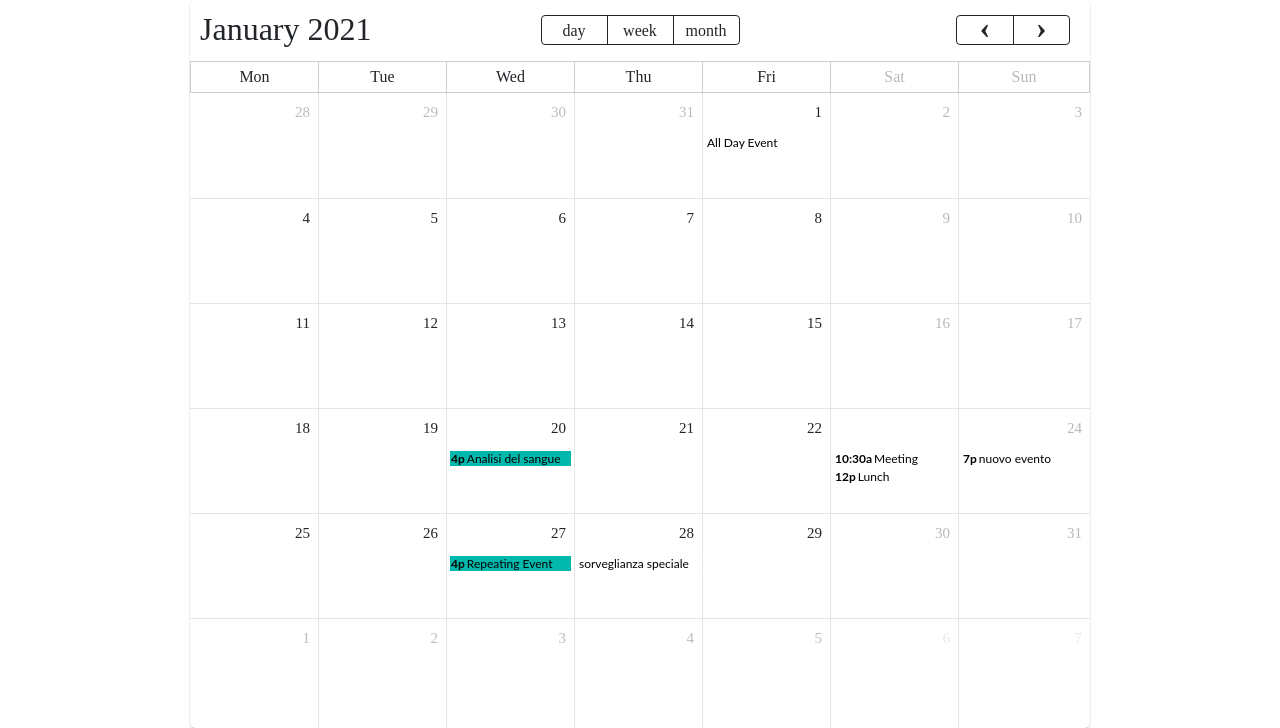
Repository: mohole/icare
Page: sviluppo/calendar/calendar.html
These files come from the project's save history. The page is drawn as it stood at one moment and after the next save; the edit follows.
The browser window is 1280 px wide. The pictures show the whole page.
Some web fonts or font styles are not loaded; a fallback is used.

Above is the page before, as saved 2021-01-25 10:38:11.

### sviluppo/calendar/calendar.html
<!DOCTYPE html>
<html lang="en">
   <head>
      <meta charset="UTF-8">
      <meta name="viewport" content="width=device-width, initial-scale=1.0">
      <!-- ===== CSS ===== -->
      <link rel="stylesheet" href="css/styles.css">
      <link rel="stylesheet" href="css/bootstrap.css">
<link href='css/fullcalendar.css' rel='stylesheet' />

<link rel="stylesheet" href="https://cdnjs.cloudflare.com/ajax/libs/Chart.js/2.9.4/Chart.css" integrity="sha512-C7hOmCgGzihKXzyPU/z4nv97W0d9bv4ALuuEbSf6hm93myico9qa0hv4dODThvCsqQUmKmLcJmlpRmCaApr83g==" crossorigin="anonymous" />
       <link rel="stylesheet" href="https://cdnjs.cloudflare.com/ajax/libs/Chart.js/2.9.4/Chart.css" integrity="sha512-C7hOmCgGzihKXzyPU/z4nv97W0d9bv4ALuuEbSf6hm93myico9qa0hv4dODThvCsqQUmKmLcJmlpRmCaApr83g==" crossorigin="anonymous" />
      <link rel="stylesheet" href="https://use.typekit.net/dmh4hvy.css">
      <link href="https://fonts.googleapis.com/css2?family=Poppins&display=swap" rel="stylesheet">
      <link rel="stylesheet" href="https://use.fontawesome.com/releases/v5.15.1/css/all.css" integrity="sha384-vp86vTRFVJgpjF9jiIGPEEqYqlDwgyBgEF109VFjmqGmIY/Y4HV4d3Gp2irVfcrp" crossorigin="anonymous">

      <link href="https://fonts.googleapis.com/css2?family=Poppins&display=swap" rel="stylesheet">
      <link rel="stylesheet" href="https://use.fontawesome.com/releases/v5.15.1/css/all.css" integrity="sha384-vp86vTRFVJgpjF9jiIGPEEqYqlDwgyBgEF109VFjmqGmIY/Y4HV4d3Gp2irVfcrp" crossorigin="anonymous">
     <title> CALENDAR </title>
   </head>
   <body>


         </h1>

         </h1>
      </div>
      </div>






   </div>

 </div>
</section>











<div>




</head>
<body>
<div id='wrap'>

<div id='calendar'></div>



</body>




<script src='js/jquery-1.10.2.js' type="text/javascript"></script>
<script src='js/fullcalendar.js' type="text/javascript"></script>



<!-- libreria da usare

</html>

### sviluppo/calendar/css/fullcalendar.css
:root{
	--nav-width: 92px;
	/*===== Colores =====*/
	--first-color:#0066FF:
		--event-color: #055c56;
	--sub-color: #18B1A8;
	--event-color2: #00b8ac;
	--body-font: 'Montserrat';
	--normal-font-size: 1rem;
	--small-font-size: .875rem;
	--z-fixed: 100;
  }

.fc {
	font-family: var(--body-font);
	direction: ltr;
	text-align: left;
	}

.fc table {font-family: var(--body-font);
	border-collapse: collapse;
	border-spacing: 0;
	}




.fc td,
.fc th {font-family: var(--body-font);
	padding: 0;
	vertical-align: top;
	}



/* Header
------------------------------------------------------------------------*/

.fc-header td {
	white-space: nowrap;
	padding: 15px 10px 0px;
}

.fc-header-left {
	width: 25%;
	text-align: left;
}

.fc-header-center {
	text-align: center;
	}

.fc-header-right {
	width: 25%;
	text-align: right;
	}

.fc-header-title {
	display: inline-block;
	vertical-align: top;
	margin-top: -5px;
}

.fc-header-title h2 {
	margin-top: 0;
	white-space: nowrap;
	font-size: 32px;
    font-weight: 100;
    margin-bottom: 10px;
}

.fc .fc-header-space {
	padding-left: 10px;
	}

.fc-header .fc-button {
	margin-bottom: 1em;
	vertical-align: top;
	}

/* buttons edges butting together */

.fc-header .fc-button {
	margin-right: -1px;
	}

.fc-header .fc-corner-right,  /* non-theme */
.fc-header .ui-corner-right { /* theme */
	margin-right: 0; /* back to normal */
	}

/* button layering (for border precedence) */

.fc-header .fc-state-hover,
.fc-header .ui-state-hover {
	z-index: 2;
	}

.fc-header .fc-state-down {
	z-index: 3;
	}

.fc-header .fc-state-active,
.fc-header .ui-state-active {
	z-index: 4;
	}



/* Content
------------------------------------------------------------------------*/

.fc-content {
	clear: both;
	zoom: 1; /* for IE7, gives accurate coordinates for [un]freezeContentHeight */
	}

.fc-view {
	width: 100%;
	overflow: hidden;
	}



/* Cell Styles
------------------------------------------------------------------------*/

    /* <th>, usually */
.fc-widget-content {  /* <td>, usually */
	border: 1px solid #e5e5e5;
	}
.fc-widget-header{
    border-bottom: 1px solid #EEE;
}


.fc-state-highlight > div > div.fc-day-number{
    background-color: var(--first-color);
    color: #FFFFFF;
    border-radius: 50%;
    margin: 4px;
}

.fc-cell-overlay { /* semi-transparent rectangle while dragging */
	background-color: var(--first-color);
	opacity: .3;
	filter: alpha(opacity=30); /* for IE */
	}



/* Buttons
------------------------------------------------------------------------*/

.fc-button {
	position: relative;
	display: inline-block;
	padding: 0 .6em;
	overflow: hidden;
	height: 1.9em;
	line-height: 1.9em;
	white-space: nowrap;
	cursor: pointer;
	}

.fc-state-default { /* non-theme */
	border: 1px solid;
	}

.fc-state-default.fc-corner-left { /* non-theme */
	border-top-left-radius: 4px;
	border-bottom-left-radius: 4px;
	}

.fc-state-default.fc-corner-right { /* non-theme */
	border-top-right-radius: 4px;
	border-bottom-right-radius: 4px;
	}

/*
	Our default prev/next buttons use HTML entities like &lsaquo; &rsaquo; &laquo; &raquo;
	and we'll try to make them look good cross-browser.
*/

.fc-text-arrow {
	margin: 0 .4em;
	font-size: 2em;
	line-height: 23px;
	vertical-align: baseline; /* for IE7 */
	}

.fc-button-prev .fc-text-arrow,
.fc-button-next .fc-text-arrow { /* for &lsaquo; &rsaquo; */
	font-weight: bold;
	}

/* icon (for jquery ui) */

.fc-button .fc-icon-wrap {
	position: relative;
	float: left;
	top: 50%;
	}

.fc-button .ui-icon {
	position: relative;
	float: left;
	margin-top: -50%;
	*margin-top: 0;
	*top: -50%;
	}


.fc-state-default {
	border-color: var(--first-color);
	color: var(--first-color);
}
.fc-button-month.fc-state-default, .fc-button-agendaWeek.fc-state-default, .fc-button-agendaDay.fc-state-default{
    min-width: 67px;
	text-align: center;
	transition: all 0.2s;
	-webkit-transition: all 0.2s;
}
.fc-state-hover,
.fc-state-down,
.fc-state-active,
.fc-state-disabled {
	color: #333333;
	background-color: #FFE3E3;
	}

.fc-state-hover {
	color: var(--first-color);
	text-decoration: none;
	background-position: 0 -15px;
	-webkit-transition: background-position 0.1s linear;
	   -moz-transition: background-position 0.1s linear;
	     -o-transition: background-position 0.1s linear;
	        transition: background-position 0.1s linear;
	}

.fc-state-down,
.fc-state-active {
	background-color:var(--first-color);

	background-image: none;
	outline: 0;
	color: var(--first-color);
}

.fc-state-disabled {
	cursor: default;
	background-image: none;
	background-color: #FFE3E3;
	filter: alpha(opacity=65);
	box-shadow: none;
	border:1px solid #FFE3E3;
	color:var(--first-color);

	}



/* Global Event Styles
------------------------------------------------------------------------*/

.fc-event-container > * {
	z-index: 8;
	}

.fc-event-container > .ui-draggable-dragging,
.fc-event-container > .ui-resizable-resizing {
	z-index: 9;
	}

.fc-event {
	border: 1px solid #FFF; /* default BORDER color */

	color:black;               /* default TEXT color */
	font-size: 12px;
	cursor: default;
}
.fc-event.chill{
	background: var(--event-color2);
}
.fc-event.info{
	background: var(--event-color2);
}
.fc-event.important{
    background-color: var(--event-color);
}
.fc-event.success{	background: var(--event-color);
}
.fc-event:hover{
    opacity: 0.7;
}
a.fc-event {
	text-decoration: none;
	}

a.fc-event,
.fc-event-draggable {
	cursor: pointer;
	}

.fc-rtl .fc-event {
	text-align: right;
	}

.fc-event-inner {
	width: 100%;
	height: 100%;
	overflow: hidden;
	line-height: 15px;
	}

.fc-event-time,
.fc-event-title {
	color: var(--first-color);
	padding: 0 1px;
	}

.fc .ui-resizable-handle {
	display: block;
	position: absolute;
	z-index: 99999;
	overflow: hidden; /* hacky spaces (IE6/7) */
	font-size: 300%;  /* */
	line-height: 50%; /* */
	}



/* Horizontal Events
------------------------------------------------------------------------*/

.fc-event-hori {
	border-width: 1px 0;
	margin-bottom: 1px;
	}

.fc-ltr .fc-event-hori.fc-event-start,
.fc-rtl .fc-event-hori.fc-event-end {
	border-left-width: 1px;
	/*
border-top-left-radius: 3px;
	border-bottom-left-radius: 3px;
*/
	}

.fc-ltr .fc-event-hori.fc-event-end,
.fc-rtl .fc-event-hori.fc-event-start {
	border-right-width: 1px;
	/*
border-top-right-radius: 3px;
	border-bottom-right-radius: 3px;
*/
	}

/* resizable */

.fc-event-hori .ui-resizable-e {
	top: 0           !important; /* importants override pre jquery ui 1.7 styles */
	right: -3px      !important;
	width: 7px       !important;
	height: 100%     !important;
	cursor: e-resize;
	}

.fc-event-hori .ui-resizable-w {
	top: 0           !important;
	left: -3px       !important;
	width: 7px       !important;
	height: 100%     !important;
	cursor: w-resize;
	}

.fc-event-hori .ui-resizable-handle {
	_padding-bottom: 14px; /* IE6 had 0 height */
	}



/* Reusable Separate-border Table
------------------------------------------------------------*/

table.fc-border-separate {
	border-collapse: separate;
	}

.fc-border-separate th,
.fc-border-separate td {
	border-width: 1px 0 0 1px;
	}

.fc-border-separate th.fc-last,
.fc-border-separate td.fc-last {
	border-right-width: 1px;
	}


.fc-border-separate .fc-week .fc-first{
    border-left: 0;
}
.fc-border-separate .fc-week .fc-last{
    border-right: 0;
}
.fc-border-separate tr.fc-last th{
    border-bottom-width: 1px;
    border-color: #cdcdcd;
    font-size: 16px;
    font-weight: 300;
	line-height: 30px;
}
.fc-border-separate tbody tr.fc-first td,
.fc-border-separate tbody tr.fc-first th {
	border-top-width: 0;
	}



/* Month View, Basic Week View, Basic Day View
------------------------------------------------------------------------*/

.fc-grid th {
	text-align: center;
	}

.fc .fc-week-number {
	width: 22px;
	text-align: center;
	}

.fc .fc-week-number div {
	padding: 0 2px;
	}

.fc-grid .fc-day-number {
	float: right;
	padding: 0 2px;
	}

.fc-grid .fc-other-month .fc-day-number {
	opacity: 0.3;
	filter: alpha(opacity=30); /* for IE */
	/* opacity with small font can sometimes look too faded
	   might want to set the 'color' property instead
	   making day-numbers bold also fixes the problem */
	}

.fc-grid .fc-day-content {
	clear: both;
	color: var(--event-color);
	padding: 2px 2px 1px; /* distance between events and day edges */
	}

/* event styles */

.fc-grid .fc-event-time {
	font-weight: bold;
	color: var(--event-color);
	}

/* right-to-left */

.fc-rtl .fc-grid .fc-day-number {
	float: left;
	}

.fc-rtl .fc-grid .fc-event-time {
	float: right;
	}



/* Agenda Week View, Agenda Day View
------------------------------------------------------------------------*/

.fc-agenda table {
	border-collapse: separate;
	}



.fc-event-vert.fc-event-start {
	border-top-width: 1px;
	border-top-left-radius: 3px;
	border-top-right-radius: 3px;
	}

.fc-event-vert.fc-event-end {
	border-bottom-width: 1px;
	border-bottom-left-radius: 3px;
	border-bottom-right-radius: 3px;
	}

.fc-event-vert .fc-event-time {
	white-space: nowrap;
	font-size: 10px;
	}

.fc-event-vert .fc-event-inner {
	position: relative;
	z-index: 2;
	}

.fc-event-vert .fc-event-bg { /* makes the event lighter w/ a semi-transparent overlay  */
	position: absolute;
	z-index: 1;
	top: 0;
	left: 0;
	width: 100%;
	height: 100%;
	background: #fff;
	opacity: .25;
	filter: alpha(opacity=25);
	}

.fc .ui-draggable-dragging .fc-event-bg, /* TODO: something nicer like .fc-opacity */
.fc-select-helper .fc-event-bg {
	display: none\9; /* for IE6/7/8. nested opacity filters while dragging don't work */
	}

/* resizable */

.fc-event-vert .ui-resizable-s {
	bottom: 0        !important; /* importants override pre jquery ui 1.7 styles */
	width: 100%      !important;
	height: 8px      !important;
	overflow: hidden !important;
	line-height: 8px !important;
	font-size: 11px  !important;
	font-family: monospace;
	text-align: center;
	cursor: s-resize;
	}

.fc-agenda .ui-resizable-resizing { /* TODO: better selector */
	_overflow: hidden;
	}

.fc-week .fc-day > div .fc-day-number{
    font-size: 15px;
    margin: 2px;
    min-width: 19px;
    padding: 6px;
    text-align: center;
}
.fc-sun, .fc-sat{
    color: #b8b8b8;
}

.fc-week .fc-day:hover .fc-day-number{
    background-color: #B8B8B8;
    border-radius: 50%;
	color: var(--event-color);
    transition: background-color 0.2s;
}
.fc-week .fc-day.fc-state-highlight:hover .fc-day-number{

	background-color:var(--first-color);
}
.fc-button-today{
    border: 1px solid rgba(255,255,255,.0);
}
.fc-view-agendaDay thead tr.fc-first .fc-widget-header{
    text-align: right;
    padding-right: 10px;
}




#calendar{
  margin-left: auto;
  margin-right: auto;
  width: 320px;
  font-family: 'Lato', sans-serif;
}
#calendar_weekdays div{
  display:inline-block;
  vertical-align:top;
}
#calendar_content, #calendar_weekdays, #calendar_header{
  position: relative;
  width: 320px;
  overflow: hidden;
  float: left;
  z-index: 10;
}
#calendar_weekdays div, #calendar_content div{
  width:40px;
  height: 40px;
  overflow: hidden;
  text-align: center;
  background-color: #FFFFFF;
  color: #787878;
}
#calendar_content{
  -webkit-border-radius: 0px 0px 12px 12px;
  -moz-border-radius: 0px 0px 12px 12px;
  border-radius: 0px 0px 12px 12px;
}
#calendar_content div{
  float: left;
}
#calendar_content div:hover{
  background-color: #F8F8F8;
}
#calendar_content div.blank{
  background-color: #E8E8E8;
}
#calendar_header, #calendar_content div.today{
  zoom: 1;
  filter: alpha(opacity=70);
  opacity: 0.7;
}
#calendar_content div.today{
	color: var(--event-color);}

#calendar_header{
  width: 100%;
  height: 37px;
  text-align: center;
  background-color: #FF6860;
  padding: 18px 0;
  -webkit-border-radius: 12px 12px 0px 0px;
  -moz-border-radius: 12px 12px 0px 0px;
  border-radius: 12px 12px 0px 0px;
}
#calendar_header h1{
  font-size: 1.5em;
  color: var(--event-color);
  float:left;
  width:70%;
}









.external-event { /* try to mimick the look of a real event */
  margin: 10px 0;
  padding: 2px 4px;
  background: #3366CC;
  color: rgb(0, 0, 0);
  font-size: .85em;
  cursor: pointer;
  }

#external-events p {
  margin: 1.5em 0;
  font-size: 11px;
  color: #666;
  }

#external-events p input {
  margin: 0;
  vertical-align: middle;
  }

#calendar {
/* 		float: right; */
      margin: 0 auto;
  width: 900px;
  background-color: #FFFFFF;
    border-radius: 6px;
      box-shadow: 0 1px 2px #C3C3C3;
  }

Loaded but not shown: sviluppo/calendar/css/bootstrap.css (library); sviluppo/calendar/js/jquery-1.10.2.js (library); sviluppo/calendar/js/fullcalendar.js (library); sviluppo/calendar/css/styles.css (733 lines, source omitted)

After the next save:
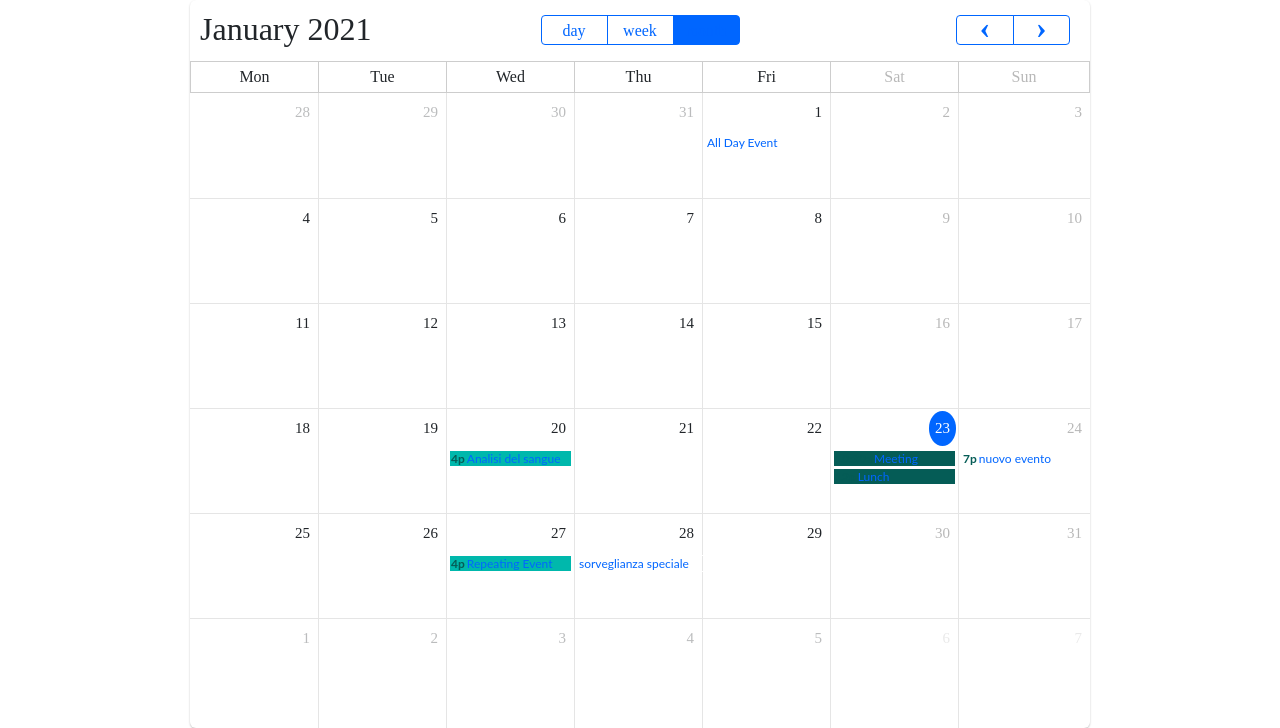
Saved 3 s later.
--- a/sviluppo/calendar/css/fullcalendar.css
+++ b/sviluppo/calendar/css/fullcalendar.css
@@ -1,7 +1,7 @@
 :root{
 	--nav-width: 92px;
 	/*===== Colores =====*/
-	--first-color:#0066FF:
+	--first-color:#0066FF;
 		--event-color: #055c56;
 	--sub-color: #18B1A8;
 	--event-color2: #00b8ac;
